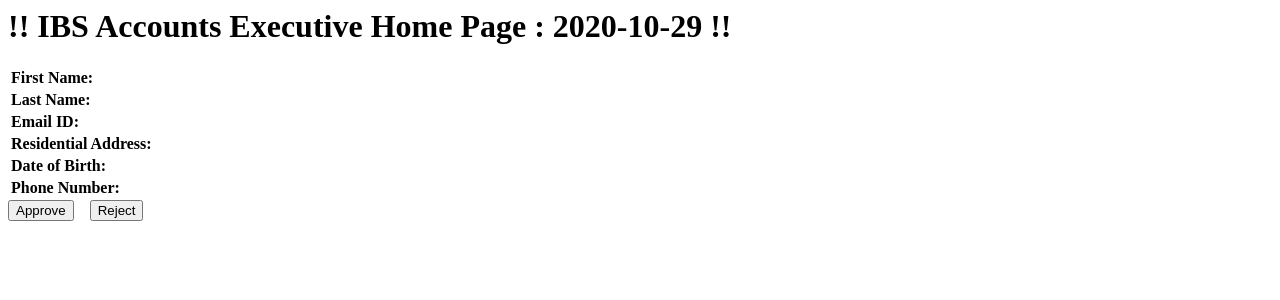
Repository: anik84/ibs
Page: http://localhost/IBS/ibs_accounts_executive_home_form.jsp
An editor plug-in stored every save of this project. The page is shown before and after the next save, followed by the edit.
The browser window is 1280 px wide. The pictures show the whole page.
The page is served by Tomcat 9. Other server files are loaded and not shown. The template is opened directly, without the code that normally fills it, so the values that code supplies are empty.

Above is the page before, as saved 2020-11-01 14:09:24.

### IBS_JSPs/IBS/WebContent/ibs_accounts_executive_home_form.jsp
<%@page import="java.time.LocalDate"%>
<html>
<head>
<title>ibs accounts executive home page</title>
</head>
<body>
	<h1>
		!! IBS Accounts Executive Home Page :
		<%=LocalDate.now()%>
		!!
	</h1>

	<table>
		<tr>
			<td><strong>First Name: </strong></td>
			<td><em>${IBSAccountsExecutive.firstName}</em></td>
		</tr>
		<br\>
		<tr>
			<td><strong>Last Name: </strong></td>
			<td><em>${IBSAccountsExecutive.lastName}</em></td>
		</tr>
		<br\>
		<tr>
			<td><strong>Email ID: </strong></td>
			<td><em>${IBSAccountsExecutive.emailId}</em></td>
		</tr>
		<br\>
		<tr>
			<td><strong>Residential Address: </strong></td>
			<td><em>${IBSAccountsExecutive.address}</em></td>
		</tr>
		<br\>
		<tr>
			<td><strong>Date of Birth: </strong></td>
			<td><em>${IBSAccountsExecutive.dob}</em></td>
		</tr>
		<br\>
		<tr>
			<td><strong>Phone Number: </strong></td>
			<td><em>${IBSAccountsExecutive.phoneNo}</em></td>
		</tr>
		<br\>
		<br\>
	</table>

	<form action="addotherbenefacct" method="POST">
		<div>
			<button>Approve</button>
			&nbsp;&nbsp;
			<button>Reject</button>
		</div>
	</form>
</body>
</html>

After the next save:
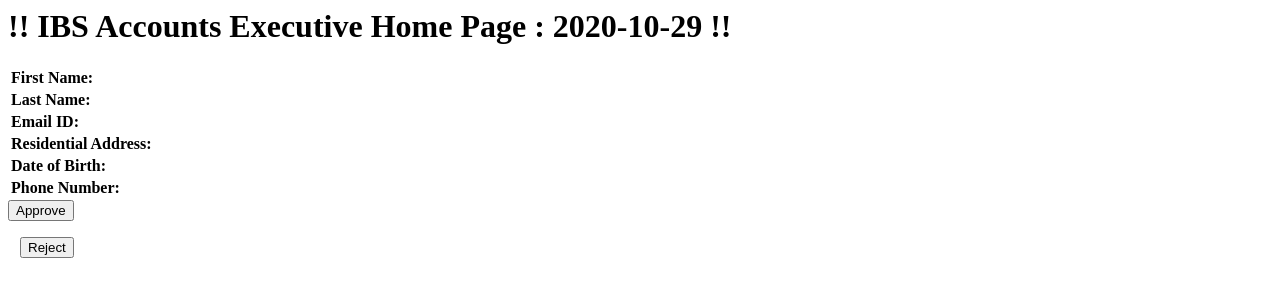
Saved 20 min 41 s later.
--- a/IBS_JSPs/IBS/WebContent/ibs_accounts_executive_home_form.jsp
+++ b/IBS_JSPs/IBS/WebContent/ibs_accounts_executive_home_form.jsp
@@ -48,6 +48,11 @@
 		<div>
 			<button>Approve</button>
 			&nbsp;&nbsp;
+		</div>
+	</form>
+	<form action="addotherbenefacct" method="POST">
+		<div>
+			&nbsp;&nbsp;
 			<button>Reject</button>
 		</div>
 	</form>
